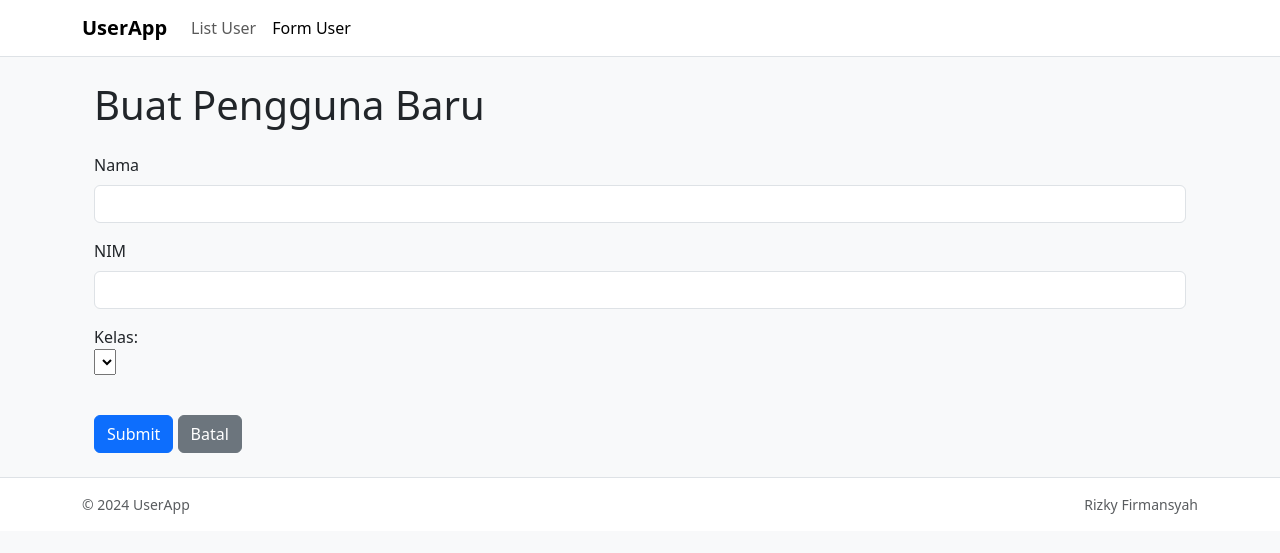
Repository: RizkyFirmansyah-com/prak-pwl-2357051016
Page: http://localhost/user/create
An editor plug-in stored every save of this project. The page is shown before and after a run of saves, followed by the edit.
The browser window is 1280 px wide. The pictures show the whole page.
The page is served by the project's Laravel application, run on PHP 8.4 with Laravel 10. Queries for data that is not in the repository find no rows.

Above is the page before, as saved 2025-10-12 22:34:23.

After the next 3 saves:
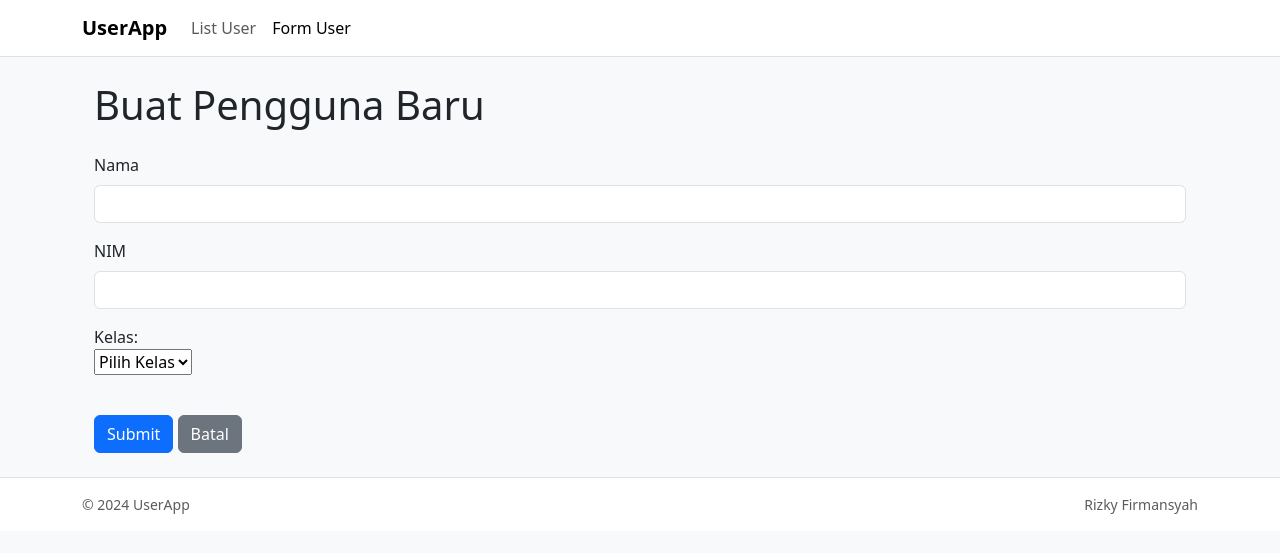
The 3 saves are shown as one change because they came seconds apart.
The last was saved 5 min 27 s later.
--- a/resources/views/user_create.blade.php
+++ b/resources/views/user_create.blade.php
@@ -32,12 +32,16 @@
     </div>
 
     <div class="mb-3">
-      <label for="kelas">Kelas:</label><br>
+    <label for="kelas">Kelas:</label><br>
     <select name="kelas_id" id="kelas_id">
+    <option value="" disabled {{ old('kelas_id') ? '' : 'selected' }}>Pilih Kelas</option>
     @foreach ($kelas as $k)
-        <option value="{{ $k->id }}">{{ $k->nama_kelas }}</option>
+        <option value="{{ $k->id }}" {{ old('kelas_id') == $k->id ? 'selected' : '' }}>
+            {{ $k->nama_kelas }}
+        </option>
     @endforeach
-    </select><br><br>
+</select><br><br>
+
 
     </div>
 
